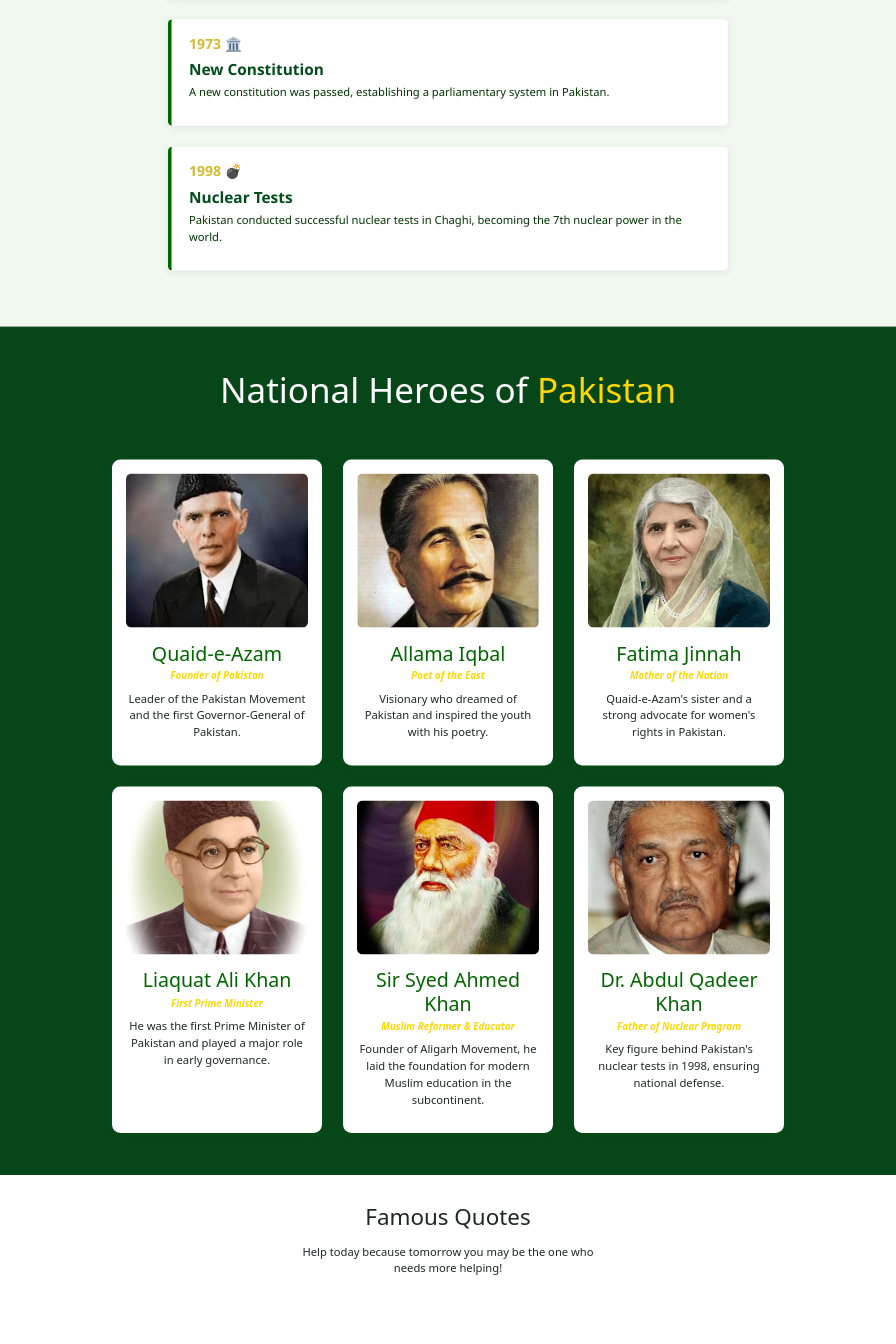
Repository: memonmuhammadali98/Pakistan-Independence-Day
Page: index.html
The author's editor kept a copy of each file at every save. The page is drawn from the files as they stood at one save, then again after the next save.
The browser window is 1280 px wide. The pictures show the part of the page from y = 2551 to 4471 px (the page is 4471 px tall before and 4431 px after), at 70% of full size.

Above is the page before, as saved 2025-08-08 17:24:57.
Console error: TypeError: Cannot set properties of null (setting 'innerHTML')

### index.html
<!DOCTYPE html>
<html lang="en">

<head>
  <meta charset="UTF-8">
  <meta name="viewport" content="width=device-width, initial-scale=1.0">
  <title>Independence Day</title>
  <!-- External CSS -->
  <link rel="stylesheet" href="./style.css">
  <!-- Bootstrap CDN -->
  <link href="https://cdn.jsdelivr.net/npm/bootstrap@5.3.7/dist/css/bootstrap.min.css" rel="stylesheet"
    integrity="sha384-LN+7fdVzj6u52u30Kp6M/trliBMCMKTyK833zpbD+pXdCLuTusPj697FH4R/5mcr" crossorigin="anonymous">
  <script src="https://cdn.jsdelivr.net/npm/bootstrap@5.3.7/dist/js/bootstrap.bundle.min.js"
    integrity="sha384-ndDqU0Gzau9qJ1lfW4pNLlhNTkCfHzAVBReH9diLvGRem5+R9g2FzA8ZGN954O5Q"
    crossorigin="anonymous"></script>
</head>

<body>
  <!-- Navbar Starts -->
  <nav class="navbar navbar-expand-lg navbar">
    <div class="container-fluid">
      <a class="navbar-brand" href="#">
        <img src="./Assets/logo-removebg-preview (1).png" alt="Logo" width="70px" height="50px">
      </a>
      <button class="navbar-toggler" type="button" data-bs-toggle="collapse" data-bs-target="#navbarSupportedContent"
        aria-controls="navbarSupportedContent" aria-expanded="false" aria-label="Toggle navigation">
        <span class="navbar-toggler-icon"></span>
      </button>
      <div class="collapse navbar-collapse" id="navbarSupportedContent">
        <ul class="navbar-nav me-auto ms-auto gap-5 mb-2 mb-lg-0 f-s-5">
          <li class="nav-item">
            <a class="nav-link active" aria-current="page" href="#">Home</a>
          </li>
          <li class="nav-item">
            <a class="nav-link active" href="#">About</a>
          </li>
          <li class="nav-item">
            <a class="nav-link active" aria-disabled="true">History</a>
          </li>
          <li class="nav-item">
            <a class="nav-link active" aria-disabled="true">Gallery</a>
          </li>
          <li class="nav-item">
            <a class="nav-link active" aria-disabled="true">Stories</a>
          </li>
        </ul>
        <form class="d-flex" role="search">
          <button class="btn" type="submit">Search</button>
        </form>
      </div>
    </div>
  </nav>
  <!-- Navbar Ends -->

  <!-- Hero Section Starts -->
  <!-- <section class="hero-section">
    <h1>Countdown to 14th August</h1>
    <div id="countdown"></div>
    <div id="message"></div>

    <div id="fireworks" class="firework-container" style="display: none;">
    <div class="firework"></div>
    <div class="firework"></div>
    <div class="firework"></div>
  </div>

  <div id="baaja-left" class="baaja">
    <img src="./Assets/Baja.png" alt="Baaja" width="300px">
  </div>
  <div id="baaja-right" class="baaja">
    <img src="./Assets/Baja-right.png" alt="Baja" width="300px">
  </div>

  </section> -->
  <!-- Hero Section Ends -->


  <!-- About Section Starts -->
  <!-- <section class="about-section">
    <div class="container">
    <h2>About Independence Day</h2>
    <p>
      Every year on <strong>14th August</strong>, Pakistan celebrates its Independence Day with great pride and honor.
      It marks the day when Pakistan became a sovereign nation in <strong> 1947</strong>. The day is a symbol of freedom, sacrifices, and the efforts of our leaders and ancestors who made this country possible.
    </p>
    <p>
      We celebrate with parades, flags, lights, and unity reminding ourselves of the values of peace, hard work, and patriotism.
    </p>
  </div>
   </section> -->


  <!-- HERO SECTION STARTS -->
  <section class="hero-section">
    <div class="hero-text">
      <h1>Celebrating Freedom Honoring <span style="color: gold;">Sacrifice</span></h1>
      <p>On this 14th August, let's remember the heroes who gave us independence and strive for a better Pakistan.</p>
      <button>Explore Our Journey</button>
    </div>
    <div class="hero-img">
      <img src="./Assets/hero-img.png" alt="Hero img" class="hero-img-1">
      <!-- <img src="./Assets/hero-img-2.png" alt="Hero img 2" class="Hero-img-2">
      <img src="./Assets/Hero-img-3.png" alt="Hero img 3" class="Hero-img-3"> -->
    </div>
  </section>
  <!-- HERO SECTION ENDS -->

  <!-- ABOUT SECTION STARTS -->
  <section class="about-section">
    <h2>About <span style="color: gold;">Pakistan</span></h2>
    <div class="about-container">
      <div class="about-img">
        <div class="flag-wrapper">
          <div class="flag">
            <div class="white-part"></div>
            <div class="green-part">
              <div class="crescent"></div>
              <div class="star"></div>
            </div>
          </div>
        </div>
      </div>
      <div class="about-text">
        <p>
          Pakistan is a country rich in history, culture, and natural beauty. From the majestic mountains of the north
          to the vast deserts in the south, it is a land of diversity and tradition. The people of Pakistan are known
          for their hospitality, resilience, and deep-rooted values. With a vision for progress and unity, Pakistan
          continues to grow while honoring its heritage and identity.
        </p>
      </div>
    </div>
  </section>
  <!-- ABOUT SECTION ENDS -->

  <!-- HISTORY SECTION STARTS -->
  <section class="history-section">
    <h2>Pakistan's Historical <span style="color: gold;">Journey</span></h2>
    <div class="timeline">

      <div class="timeline-item">
        <span class="year">1857 🔥</span>
        <h3>First War of Independence</h3>
        <p>The First War of Independence began, igniting the spark for freedom from British rule.</p>
      </div>

      <div class="timeline-item">
        <span class="year">1906 🕌</span>
        <h3>Formation of Muslim League</h3>
        <p>The All-India Muslim League was founded to represent Muslim interests in British India.</p>
      </div>

      <div class="timeline-item">
        <span class="year">1940 📜</span>
        <h3>Lahore Resolution</h3>
        <p>The Pakistan Resolution was passed in Lahore, demanding a separate homeland for Muslims.</p>
      </div>

      <div class="timeline-item">
        <span class="year">1947 🕊️</span>
        <h3>Independence of Pakistan</h3>
        <p>Pakistan gained independence on August 14 under the leadership of Quaid-e-Azam Muhammad Ali Jinnah.</p>
      </div>

      <div class="timeline-item">
        <span class="year">1956 📖</span>
        <h3>First Constitution</h3>
        <p>Pakistan became the Islamic Republic by adopting its first constitution on March 23.</p>
      </div>

      <div class="timeline-item">
        <span class="year">1965 ⚔️</span>
        <h3>Second War with India</h3>
        <p>Pakistan and India fought a war over Kashmir, ending with the Tashkent Agreement.</p>
      </div>

      <div class="timeline-item">
        <span class="year">1971 💔</span>
        <h3>Fall of Dhaka</h3>
        <p>The separation of East Pakistan led to the creation of Bangladesh after civil war.</p>
      </div>

      <div class="timeline-item">
        <span class="year">1973 🏛️</span>
        <h3>New Constitution</h3>
        <p>A new constitution was passed, establishing a parliamentary system in Pakistan.</p>
      </div>

      <div class="timeline-item">
        <span class="year">1998 💣</span>
        <h3>Nuclear Tests</h3>
        <p>Pakistan conducted successful nuclear tests in Chaghi, becoming the 7th nuclear power in the world.</p>
      </div>

    </div>
  </section>
  <!-- HISTORY SECTION ENDS -->

  <!-- NATIONAL HERO SECTION STARTS -->
   <section class="national-hero-section">
  <h2>National Heroes of <span style="color: gold;">Pakistan</span></h2>
  <div class="national-hero-cards">

    <div class="national-hero-card">
      <img src="assets/Quaid-img.jpeg" alt="Quaid-e-Azam">
      <h3>Quaid-e-Azam</h3>
      <p class="title">Founder of Pakistan</p>
      <p>Leader of the Pakistan Movement and the first Governor-General of Pakistan.</p>
    </div>

    <div class="national-hero-card">
      <img src="assets/Allama-Iqbal-img.webp" alt="Allama Iqbal">
      <h3>Allama Iqbal</h3>
      <p class="title">Poet of the East</p>
      <p>Visionary who dreamed of Pakistan and inspired the youth with his poetry.</p>
    </div>

    <div class="national-hero-card">
      <img src="assets/fatima-jinnah.jpg" alt="Fatima Jinnah">
      <h3>Fatima Jinnah</h3>
      <p class="title">Mother of the Nation</p>
      <p>Quaid-e-Azam's sister and a strong advocate for women's rights in Pakistan.</p>
    </div>

    <div class="national-hero-card">
      <img src="assets/Liaquat-Ali-Khan-img.jpg" alt="Allama Iqbal">
      <h3>Liaquat Ali Khan</h3>
      <p class="title">First Prime Minister</p>
      <p>He was the first Prime Minister of Pakistan and played a major role in early governance.</p>
    </div>

    <div class="national-hero-card">
      <img src="assets/Sir-Syed-Ahmed-Khan-img.webp" alt="Allama Iqbal">
      <h3>Sir Syed Ahmed Khan</h3>
      <p class="title">Muslim Reformer & Educator</p>
      <p>Founder of Aligarh Movement, he laid the foundation for modern Muslim education in the subcontinent.</p>
    </div>

    <div class="national-hero-card">
      <img src="assets/Abdul-Qadeer-Khan-img.webp" alt="Dr. Abdul Qadeer Khan">
      <h3>Dr. Abdul Qadeer Khan</h3>
      <p class="title">Father of Nuclear Program</p>
      <p>Key figure behind Pakistan's nuclear tests in 1998, ensuring national defense.</p>
    </div>

  </div>
</section>


<!-- People Section Starts -->
   <div class="people-section container-xxl">
    <div class="people-head">
      <h2>Famous Quotes</h2>
      <div class="vol-underline"></div>
      <p>Help today because tomorrow you may be the one who <br> needs more helping!</p>
    </div>

  <div id="testimonialCarousel" class="carousel slide" data-bs-ride="carousel">

    <div class="carousel-inner" id="carouselContent"></div>

    <div class="carousel-indicators justify-content-center mt-3" id="carouselIndicators"></div>
  </div>


<div id="allTestimonialCards" class="d-none">

            <div class="testi-card-1">
      <div class="testi-para">
        <p>The secret to hapiness lies in helping others. Never underestimate the difference YOU can make in the lives of the poor, the abused and the hepless.</p>
      </div>
      <div class="testi-intro">
        <img src="./Assets/volunteer-img-1.jpg" alt="pfp" class="testi-pfp">
        <div class="testi-intro-text">
          <h3>Jonathon Smith</h3>
          <span>Marketer</span>
        </div>
      </div>

    </div>


          <div class="testi-card-1">
      <div class="testi-para">
        <p>The secret to hapiness lies in helping others. Never underestimate the difference YOU can make in the lives of the poor, the abused and the hepless.</p>
      </div>
      <div class="testi-intro">
        <img src="./Assets/volunteer-img-2.jpg" alt="pfp" class="testi-pfp">
        <div class="testi-intro-text">
          <h3>Angelina Rose</h3>
          <span>Designer</span>
        </div>
      </div>
     </div>


          <div class="testi-card-1">
      <div class="testi-para">
        <p>The secret to hapiness lies in helping others. Never underestimate the difference YOU can make in the lives of the poor, the abused and the hepless.</p>
      </div>
      <div class="testi-intro">
        <img src="./Assets/volunteer-img-3.jpg" alt="pfp" class="testi-pfp">
        <div class="testi-intro-text">
          <h3>Taylor Swift</h3>
          <span>Developer</span>
        </div>
      </div>
     </div>


          <div class="testi-card-1">
      <div class="testi-para">
        <p>The secret to hapiness lies in helping others. Never underestimate the difference YOU can make in the lives of the poor, the abused and the hepless.</p>
      </div>
      <div class="testi-intro">
        <img src="./Assets/volunteer-img-4.jpg" alt="pfp" class="testi-pfp">
        <div class="testi-intro-text">
          <h3>Michael John</h3>
          <span>Programer</span>
        </div>
      </div>
     </div>
</div>
</div>
 <!-- People Section Ends -->




  <script>
    // Set the target date (14 August of current year OR test with few seconds from now)
    var now = new Date();
    var year = now.getFullYear();

    // For demo/testing: trigger after 5 seconds
    var targetDate = new Date(new Date().getTime() + 5000);

    // Countdown and elements
    var countdown = document.getElementById("countdown");
    var message = document.getElementById("message");
    var leftBaaja = document.getElementById("baaja-left");
    var rightBaaja = document.getElementById("baaja-right");

    var timer = setInterval(function () {
      var currentTime = new Date().getTime();
      var timeLeft = targetDate.getTime() - currentTime;

      if (timeLeft <= 0) {
        clearInterval(timer);
        countdown.innerHTML = "";
        message.innerHTML = "Happy Independence Day Pakistan!";
        message.classList.add("message-animate");

        // Show fireworks and baajas
        document.getElementById("fireworks").style.display = "block";
        leftBaaja.style.display = "block";
        rightBaaja.style.display = "block";

        // Slide in animation
        leftBaaja.classList.add("slideInLeft");
        rightBaaja.classList.add("slideInRight");

        // After sliding, add continuous bounce
        leftBaaja.addEventListener("animationend", function () {
          leftBaaja.classList.add("bounce");
        });

        rightBaaja.addEventListener("animationend", function () {
          rightBaaja.classList.add("bounce");
        });

      } else {
        var days = Math.floor(timeLeft / (1000 * 60 * 60 * 24));
        var hours = Math.floor((timeLeft % (1000 * 60 * 60 * 24)) / (1000 * 60 * 60));
        var minutes = Math.floor((timeLeft % (1000 * 60 * 60)) / (1000 * 60));
        var seconds = Math.floor((timeLeft % (1000 * 60)) / 1000);

        countdown.innerHTML =
          days + "d " + hours + "h " + minutes + "m " + seconds + "s ";
      }
    }, 1000);
  </script>

</body>

</html>

Loaded but not shown: style.css (688 lines, source omitted)

After the next save:
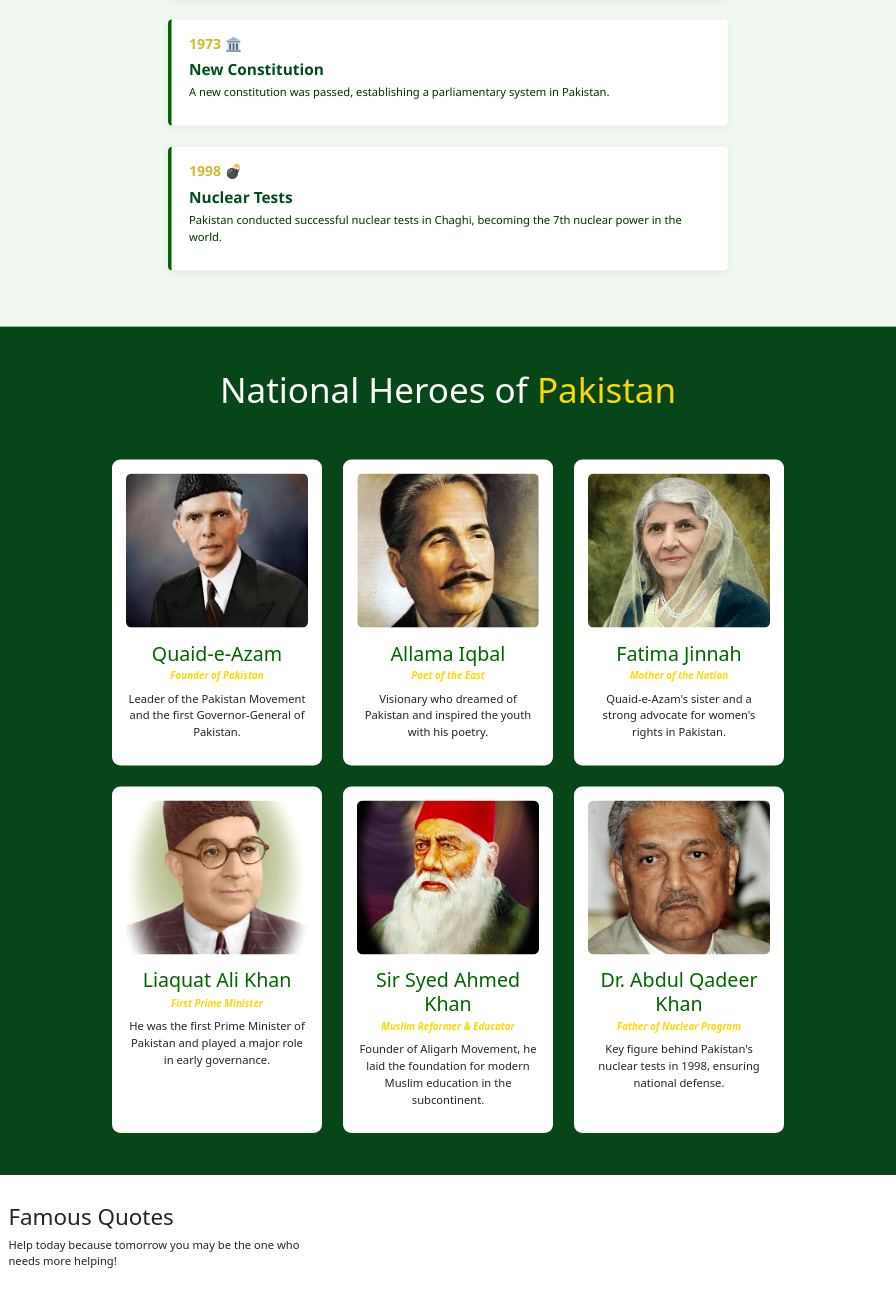
Saved 41 s later.
--- a/index.html
+++ b/index.html
@@ -248,7 +248,6 @@
 
 <!-- People Section Starts -->
    <div class="people-section container-xxl">
-    <div class="people-head">
       <h2>Famous Quotes</h2>
       <div class="vol-underline"></div>
       <p>Help today because tomorrow you may be the one who <br> needs more helping!</p>
